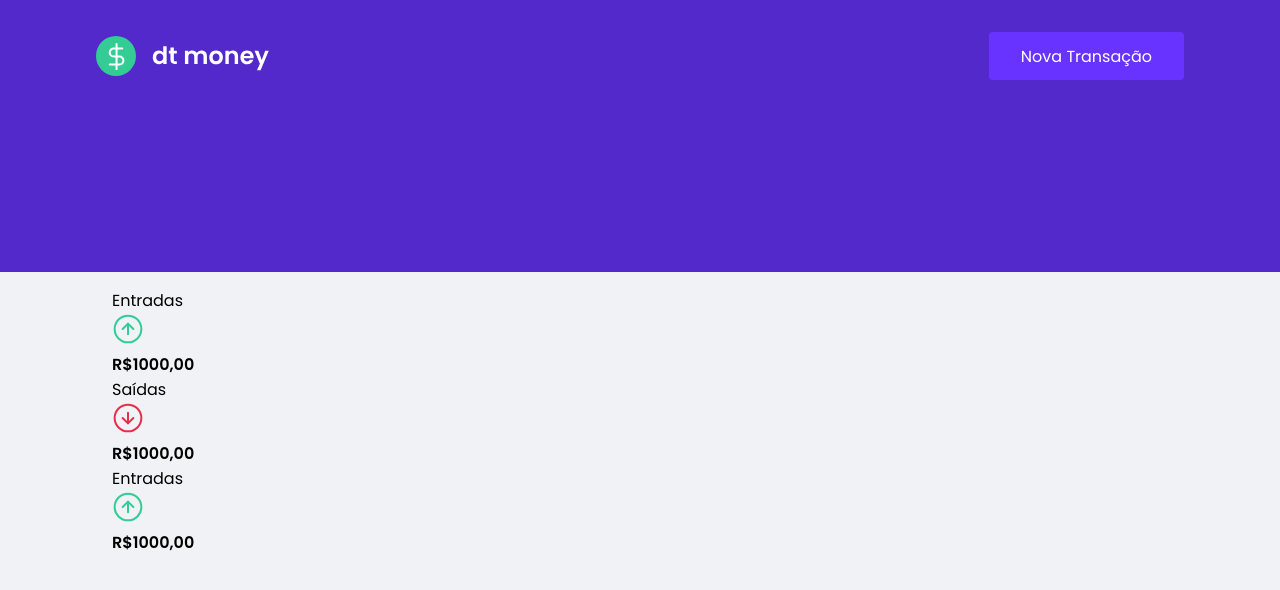
Repository: FreitasGabriel/dtmoney
Page: /
The author's editor kept a copy of each file at every save. The page is drawn from the files as they stood at one save, then again after the next save.
The browser window is 1280 px wide. The pictures show the whole page.
The project was rebuilt for these pictures with package versions that can differ from the ones it lists, and the page was loaded fresh each time.

Above is the page before, as saved 2021-03-15 21:07:58.

### public/index.html
<!DOCTYPE html>
<html lang="en">

<head>
    <link rel="preconnect" href="https://fonts.gstatic.com">
    <meta charset="UTF-8">
    <meta name="viewport" content="width=device-width, initial-scale=1.0">
    <link rel="shortcut icon" href="favicon.png" type="image/png">
    <link href="https://fonts.googleapis.com/css2?family=Poppins:wght@400;600&display=swap" rel="stylesheet">
    <title>DT Money</title>
</head>

<body>
    <div id="root"></div>
</body>

</html>

### src/App.tsx
import { Dashboard } from "./components/Dashboard";
import { Header } from "./components/Header";
import { GlobalStyle } from "./styles/global"

export default function App() {
  return (
    <>
      <Header />
      <Dashboard />
      <GlobalStyle />
    </>
  );
}

### src/components/Dashboard/index.tsx
import { Summary } from '../Summary'
import { Container } from './styles'

export function Dashboard() {
    return (
        <Container>
            <Summary />
        </Container>
    )
}

### src/components/Header/index.tsx
import logoImg from "../../assets/logo.svg"
import { Container, Content } from "./styles"

export function Header() {
    return (
        <Container>
            <Content>
                <img src={logoImg} alt="dt money" />
                <button type="button">
                    Nova Transação
                </button>
            </Content>
        </Container>
    )
}

### src/styles/global.ts
import { createGlobalStyle } from 'styled-components'

export const GlobalStyle = createGlobalStyle`

    :root {
        --background: #F0F2F5;
        --shape: #FFFFFF;

        --red: #E52E4D;
        --blue: #5429CC;

        --blue-light: #6933FF;
        --text-title: #363F5F;
        --text-body: #969CB3;

    }

    * {
        margin: 0;
        padding: 0;
        box-sizing: border-box;
    }

    //font-size: 16px - padrão(Desktop)
    html {
        @media(max-width: 1080px){
            font-size: 93.75%; // Vai fazer com que o font-size tenha 15px
        }

        @media(max-width: 720px){
            font-size: 87.5%; // Vai fazer com que o font-size tenha 14px
        }
    }

    // REM = 1rem = font-size padrão da página.

    body {
        background: var(--background);
        -webkit-font-smoothing: antialiased;
    }

    body, input, textarea, button {
        font-family: 'Poppins', sans-serif;
        font-weight: 400;
    }

    h1, h2, h3, h4, h5, h6, strong{
        font-weight: 600;
    }

    button {
        cursor: pointer;
    }

    [disabled] {
        opacity: 0.6;
        cursor: not-allowed;
    }


`

### src/components/Summary/index.tsx
import incomeImg from '../../assets/income.svg'
import outcomeImg from '../../assets/outcome.svg'

import { Container } from './styles'

export function Summary() {
    return (
        <Container>
            <div>
                <header>
                    <p>Entradas</p>
                    <img src={incomeImg} alt="Entradas" />
                </header>
                <strong>R$1000,00</strong>
            </div>
            <div>
                <header>
                    <p>Saídas</p>
                    <img src={outcomeImg} alt="Entradas" />
                </header>
                <strong>R$1000,00</strong>
            </div>
            <div>
                <header>
                    <p>Entradas</p>
                    <img src={incomeImg} alt="Entradas" />
                </header>
                <strong>R$1000,00</strong>
            </div>
        </Container>
    )
}

### src/components/Dashboard/styles.ts
import styled from 'styled-components'

export const Container = styled.main`
    max-width: 1120px;
    margin: 0 auto;
    padding: 1rem 2rem;
`

### src/components/Header/styles.ts
import styled from 'styled-components'

export const Container = styled.header`
    background: var(--blue);
`

export const Content = styled.div`
    max-width: 1120px;
    margin: 0 auto;

    padding: 2rem 1rem 12rem;
    display: flex;
    align-items: center;
    justify-content: space-between;

    button{
        font-size: 1rem;
        color: var(--shape);
        background: var(--blue-light);
        border: 0;
        padding: 0 2rem;
        border-radius: 0.25rem;
        height: 3rem;

        transition: filter 0.2s;

        &:hover{
            filter: brightness(0.9);
        }
    }


`

Loaded but not shown: src/index.tsx (common file); src/components/Summary/styles.ts (common file)

After the next save:
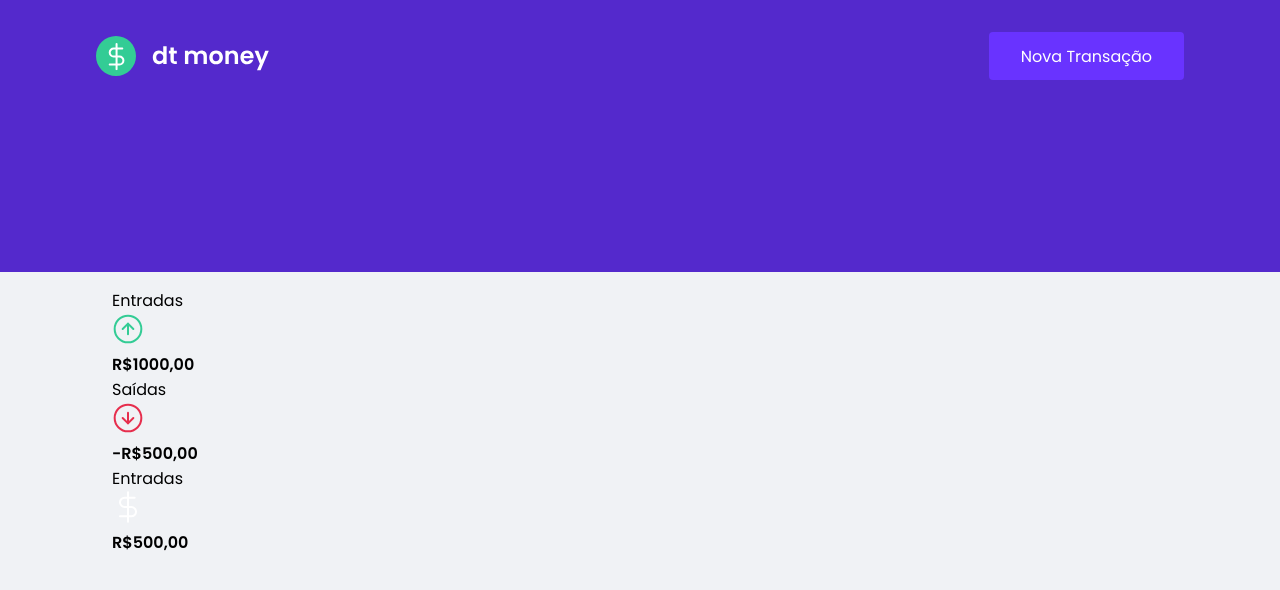
Saved 52 s later.
--- a/src/components/Summary/index.tsx
+++ b/src/components/Summary/index.tsx
@@ -1,5 +1,6 @@
 import incomeImg from '../../assets/income.svg'
 import outcomeImg from '../../assets/outcome.svg'
+import totalImg from '../../assets/total.svg'
 
 import { Container } from './styles'
 
@@ -16,16 +17,16 @@ export function Summary() {
             <div>
                 <header>
                     <p>Saídas</p>
-                    <img src={outcomeImg} alt="Entradas" />
+                    <img src={outcomeImg} alt="Saídas" />
                 </header>
-                <strong>R$1000,00</strong>
+                <strong>-R$500,00</strong>
             </div>
             <div>
                 <header>
                     <p>Entradas</p>
-                    <img src={incomeImg} alt="Entradas" />
+                    <img src={totalImg} alt="Total" />
                 </header>
-                <strong>R$1000,00</strong>
+                <strong>R$500,00</strong>
             </div>
         </Container>
     )
